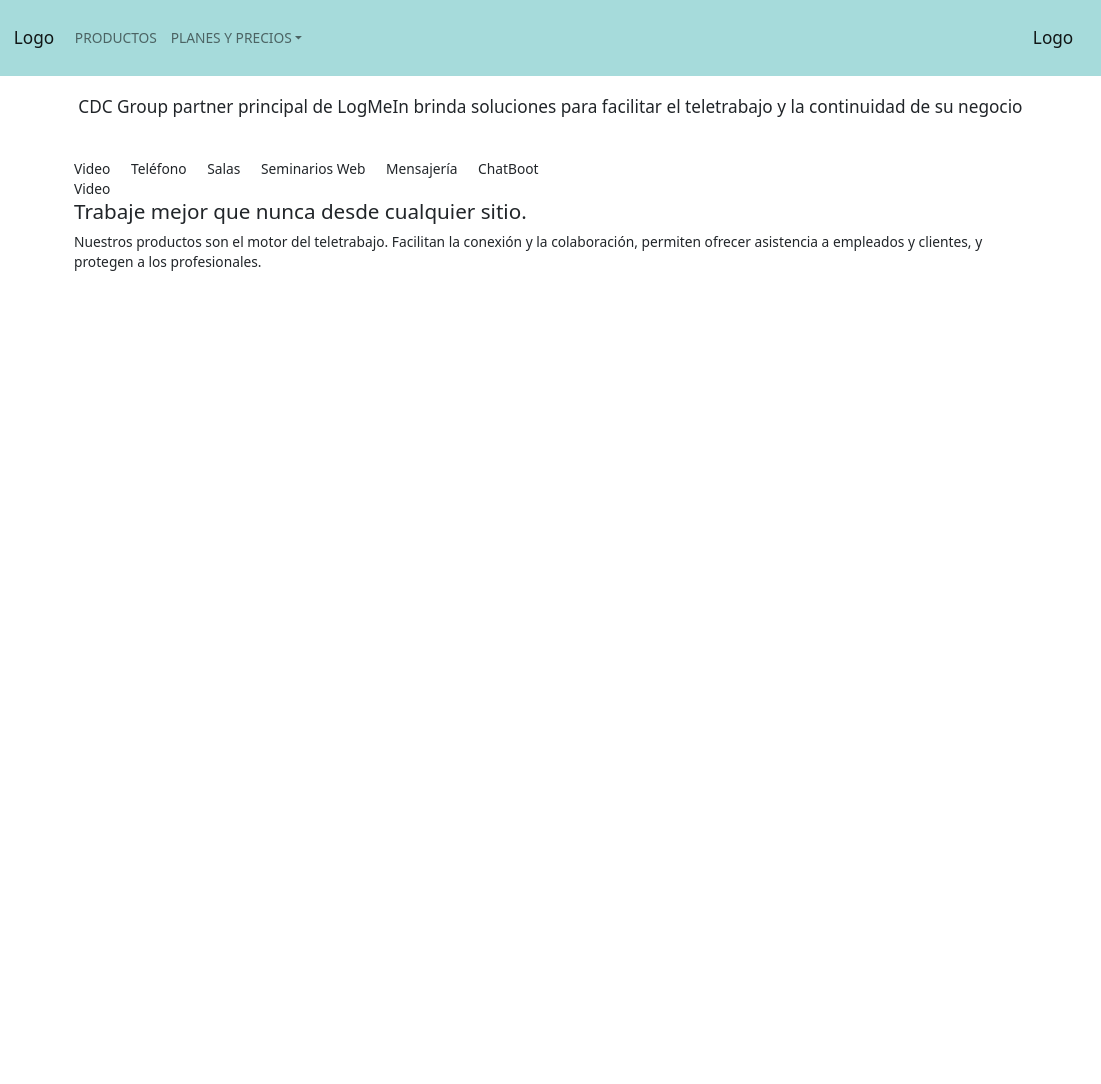
Repository: onehitwondermx/cdclogmein
Page: index.html
An editor plug-in stored every save of this project. The page is shown before and after the next save, followed by the edit.
The browser window is 1280 px wide. The pictures show the whole page, at 86% of full size.

Above is the page before, as saved 2021-06-03 22:23:32.

### index.html
<!DOCTYPE html>
<html lang="es">
  <head>
    <meta charset="utf-8">
    <meta name="viewport" content="width=device-width, initial-scale=1">
    <script src="https://cdn.jsdelivr.net/npm/bootstrap@5.0.1/dist/js/bootstrap.bundle.min.js" integrity="sha384-gtEjrD/SeCtmISkJkNUaaKMoLD0//ElJ19smozuHV6z3Iehds+3Ulb9Bn9Plx0x4" crossorigin="anonymous"></script>
    <link href="https://cdn.jsdelivr.net/npm/bootstrap@5.0.1/dist/css/bootstrap.min.css" rel="stylesheet" integrity="sha384-+0n0xVW2eSR5OomGNYDnhzAbDsOXxcvSN1TPprVMTNDbiYZCxYbOOl7+AMvyTG2x" crossorigin="anonymous">
    <title>LogMeIn - CDC Gropu</title>
  </head>
<body>
  <nav class="navbar sticky-top navbar-expand-lg navbar-light" style="background-color: #a6dbdb;">
    <div class="p-3 container-fluid">
        <a href="#" class="navbar-brand">Logo</a>
        <button class="navbar-toggler" type="button" data-bs-toggle="collapse" data-bs-target="#navbarText" aria-controls="navbarText" aria-expanded="false" aria-label="Toggle navigation">
          <span class="navbar-toggler-icon"></span>
        </button>
        <div class="collapse navbar-collapse" id="navbarText">
            <ul class="navbar-nav me-auto mb-2 mb-lg-0">
              <li class="nav-item"><a class="nav-link" href="#">PRODUCTOS</a></li>
              <li class="nav-item dropdown"><a class="nav-link dropdown-toggle" href="#" id="navbarScrollingDropdown" role="button" data-bs-toggle="dropdown" aria-expanded="false">PLANES Y PRECIOS</a>
                <ul class="dropdown-menu" aria-labelledby="navbarScrollingDropdown">
                  <li><a class="dropdown-item" href="#">GoToConnect</a></li>
                  <li><a class="dropdown-item" href="#">GoToMeeting</a></li>
                  <li><a class="dropdown-item" href="#">GoToWebinar</a></li>
                  <li><a class="dropdown-item" href="#">LastPass</a></li>
                  <li><a class="dropdown-item" href="#">Central</a></li>
                  <li><a class="dropdown-item" href="#">GoToMyPC</a></li>
                  <li><a class="dropdown-item" href="#">GoToTraining</a></li>
                  <li><a class="dropdown-item" href="#">GoAssist</a></li>
                </ul>
              </li>
            </ul>
            <a href="#" class="navbar-brand">Logo</a>
          </div>
        </div>
    </div>
  </nav>

  <div class="p-4 container-fluid">
      <div class="row justify-content-md-center">
        <div class="col-md-auto">
          <h5 class="center-align">
            CDC Group partner principal de LogMeIn brinda soluciones para facilitar el teletrabajo y la continuidad de su negocio
          </h5>
        </div>
      </div>
  </div>
  <div class="p-3 container">
    <div class="row row-cols-auto">
      <div class="col">
        <span>Video</span>
      </div>
      <div class="col">
        <span>Teléfono</span>
      </div>
      <div class="col">
        <span>Salas</span>
      </div>
      <div class="col">
        <span>Seminarios Web</span>
      </div>
      <div class="col">
        <span>Mensajería
        </span>
      </div>
      <div class="col">
        <span>ChatBoot</span>
      </div>
    </div>
    <div> Video</div>
    <div>
      <h4>Trabaje mejor que nunca desde cualquier sitio.</h4>
      <p>
        Nuestros productos son el motor del teletrabajo. Facilitan la conexión y la colaboración, permiten ofrecer asistencia a empleados y clientes, y protegen a los profesionales.
      </p>
    </div>
  </div>

   <br><br><br><br><br><br><br><br><br><br><br><br><br><br><br><br><br><br><br><br><br><br><br><br><br><br><br><br><br><br><br><br><br><br><br><br><br><br>
  </body>
</html>

After the next save:
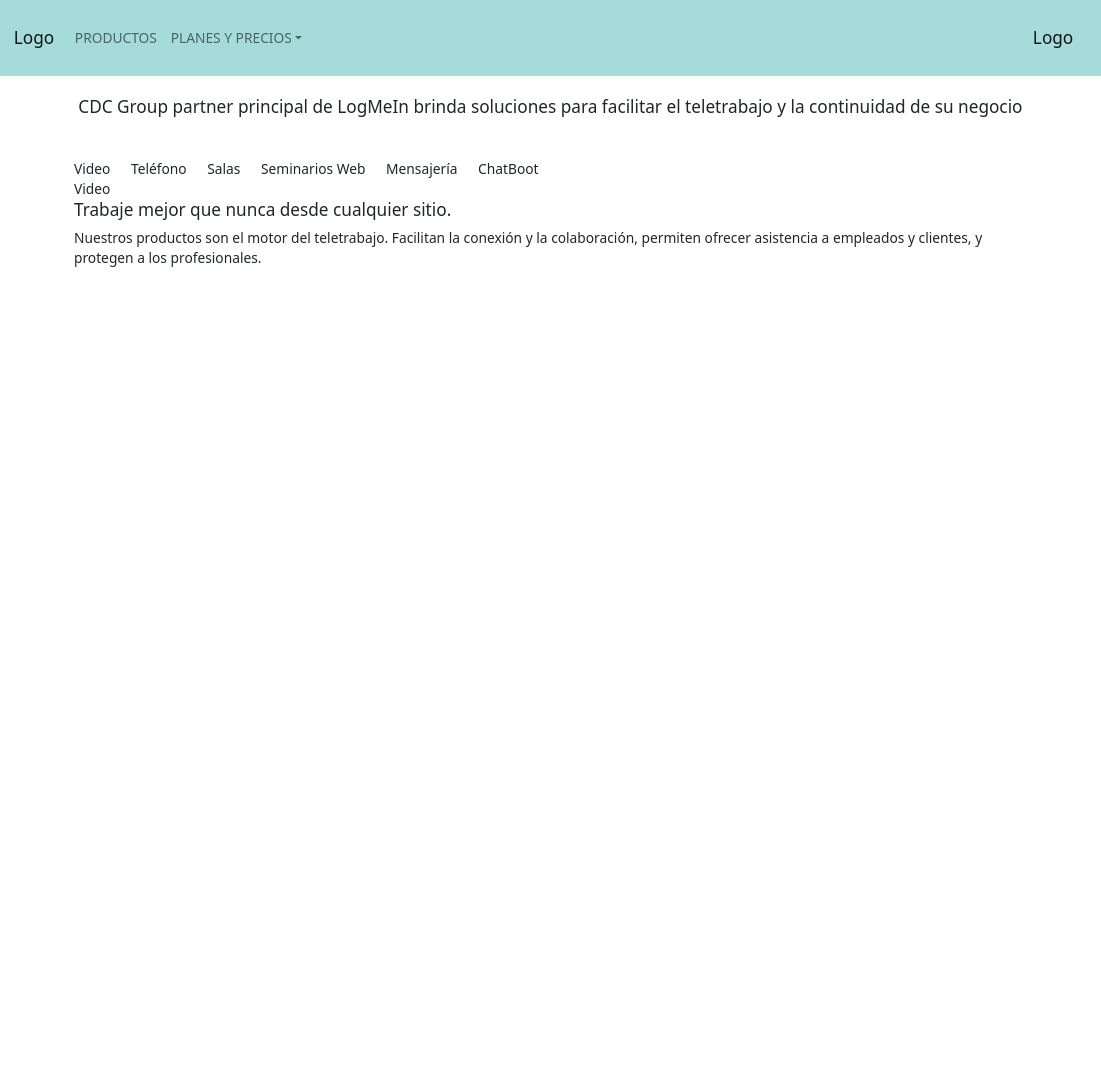
Saved 20 s later.
--- a/index.html
+++ b/index.html
@@ -69,7 +69,7 @@
     </div>
     <div> Video</div>
     <div>
-      <h4>Trabaje mejor que nunca desde cualquier sitio.</h4>
+      <h5>Trabaje mejor que nunca desde cualquier sitio.</h5>
       <p>
         Nuestros productos son el motor del teletrabajo. Facilitan la conexión y la colaboración, permiten ofrecer asistencia a empleados y clientes, y protegen a los profesionales.
       </p>
